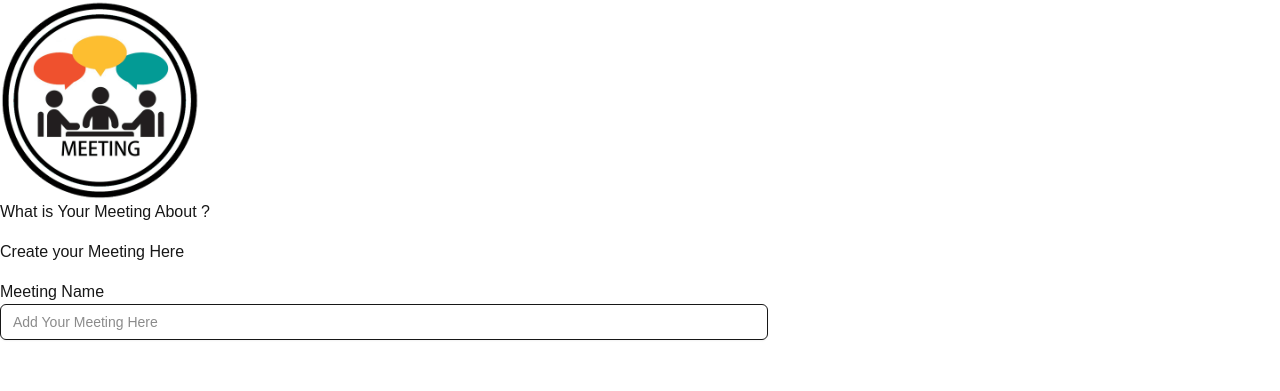
Repository: walaa-horani/scheduleMeetingNextjs
Page: /create-meeting
An editor plug-in stored every save of this project. The page is shown before and after the next save, followed by the edit.
The browser window is 1280 px wide. The pictures show the whole page.
The project was rebuilt for these pictures with package versions that can differ from the ones it lists, and the page was loaded fresh each time. The framework's server and built-in components were replaced by stand-ins that run in the browser. Also part of the build but not shown: next.config.mjs.

Above is the page before, as saved 2025-05-24 10:57:46.

After the next save:
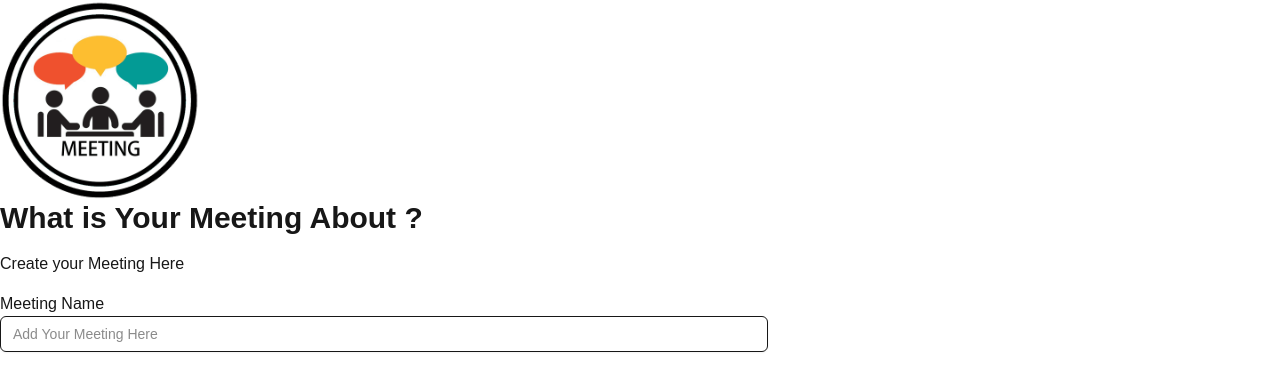
Saved 45 s later.
--- a/app/(routes)/create-meeting/page.js
+++ b/app/(routes)/create-meeting/page.js
@@ -6,7 +6,7 @@
     <div>
         <Image width={200} height={200} src="/logo.png" />
         <div className='flex flex-col items center gap-4 max-w-3xl'>
-            <h2>What is Your Meeting About ?</h2>
+            <h2 className='font-bold text-3xl'>What is Your Meeting About ?</h2>
             <p>Create your Meeting Here</p>
 
         <div>
